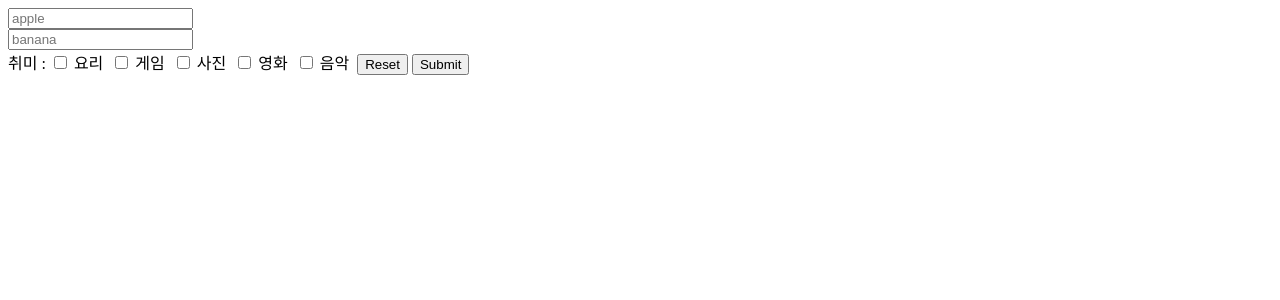
Repository: mickey530/jsp_practice
Page: http://localhost/JSPBasic/JspObject/1.requests/req_param_send.jsp
These files come from the project's save history. The page is drawn as it stood at one moment and after the next save; the edit follows.
The browser window is 1280 px wide. The pictures show the whole page.
The page is served by Tomcat 9.

Above is the page before, as saved 2022-02-03 06:32:04.

### JSPBasic/src/main/webapp/JspObject/1.requests/req_param_send.jsp
<%@ page language="java" contentType="text/html; charset=UTF-8"
    pageEncoding="UTF-8"%>
<!DOCTYPE html>
<html>
<head>
<meta charset="UTF-8">
<title>Insert title here</title>
</head>
<body>
<%-- 아래에 form을 만들고 내부에 input 4개를 만들어주세요.
input 태그의 type속성은 하나는 text, 하나는 password
name 속성은 하나는 apple, 하나는 banana로 해 주세요.
reset버튼과 submit버튼도 각각 하나씩 만들어주세요.

form의 action이 바로 목적지를 적는 부분임.
웹개발에서는 받을 페이지 화면의 주소를 적어줍니다. --%>

<form action="req_param_getpost.jsp" method="get">
	<input type="text" name="apple" placeholder="apple" /><br/>
	<input type="password" name="banana" placeholder="banana" /><br/>

	취미 :
	<input type="checkbox" name="hobby" value="요리"> 요리&nbsp;
	<input type="checkbox" name="hobby" value="게임"> 게임&nbsp;
	<input type="checkbox" name="hobby" value="사진"> 사진&nbsp;
	<input type="checkbox" name="hobby" value="영화"> 영화&nbsp;
	<input type="checkbox" name="hobby" value="음악"> 음악&nbsp;

	<input type="reset" />
	<input type="submit" />
</form>
</body>
</html>

After the next save:
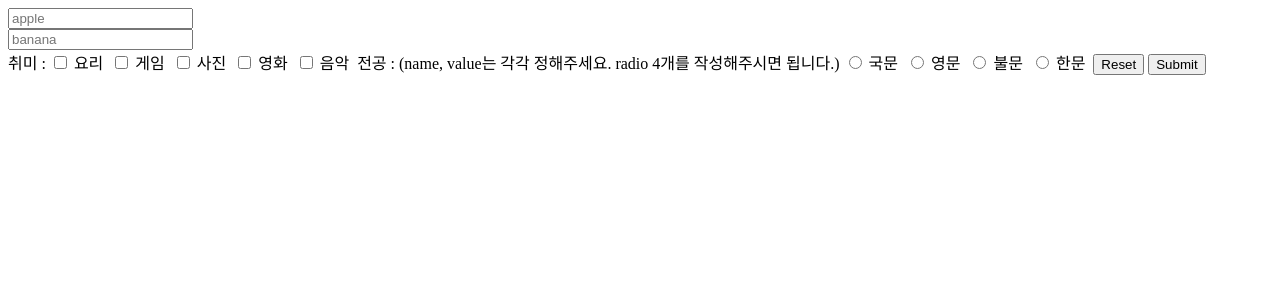
Saved 2 min 18 s later.
--- a/JSPBasic/src/main/webapp/JspObject/1.requests/req_param_send.jsp
+++ b/JSPBasic/src/main/webapp/JspObject/1.requests/req_param_send.jsp
@@ -26,6 +26,13 @@ form의 action이 바로 목적지를 적는 부분임.
 	<input type="checkbox" name="hobby" value="영화"> 영화&nbsp;
 	<input type="checkbox" name="hobby" value="음악"> 음악&nbsp;
 
+	전공 : (name, value는 각각 정해주세요. radio 4개를 작성해주시면 됩니다.)
+	<input type="radio" name="국문"> 국문&nbsp;
+	<input type="radio" name="영문"> 영문&nbsp;
+	<input type="radio" name="불문"> 불문&nbsp;
+	<input type="radio" name="한문"> 한문&nbsp;
+
+
 	<input type="reset" />
 	<input type="submit" />
 </form>
